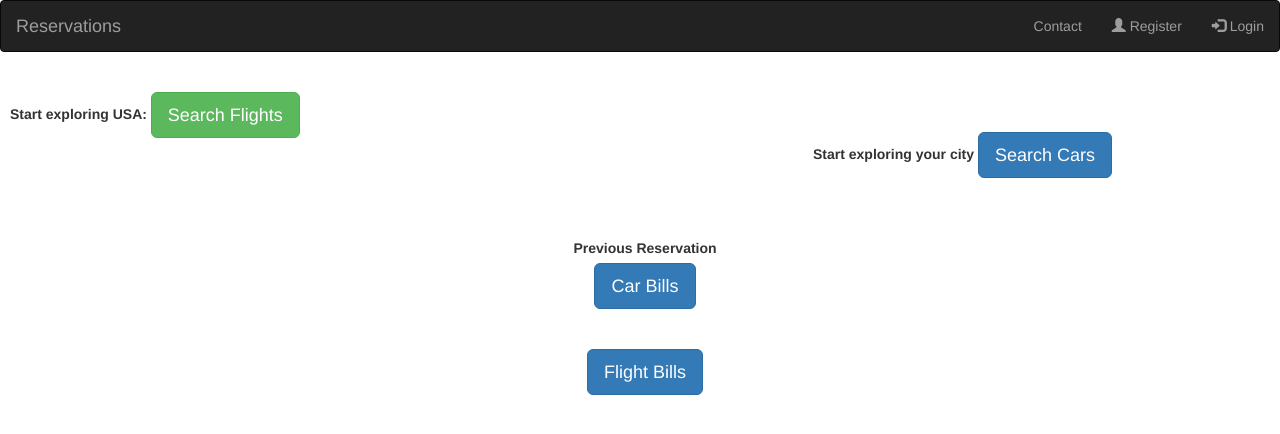
Repository: svnsiva/final-project
Page: http://localhost/flights-car-reservation/WEB-INF/pages/account.jsp
The author's editor kept a copy of each file at every save. The page is drawn from the files as they stood at one save, then again after the next save.
The browser window is 1280 px wide. The pictures show the whole page.
Some web libraries are served in a nearby version. The page is served by Tomcat 9. Nobody is signed in. The template is opened directly, without the code that normally fills it, so the values that code supplies are empty.

Above is the page before, as saved 2017-08-06 00:17:34.

After the next save:
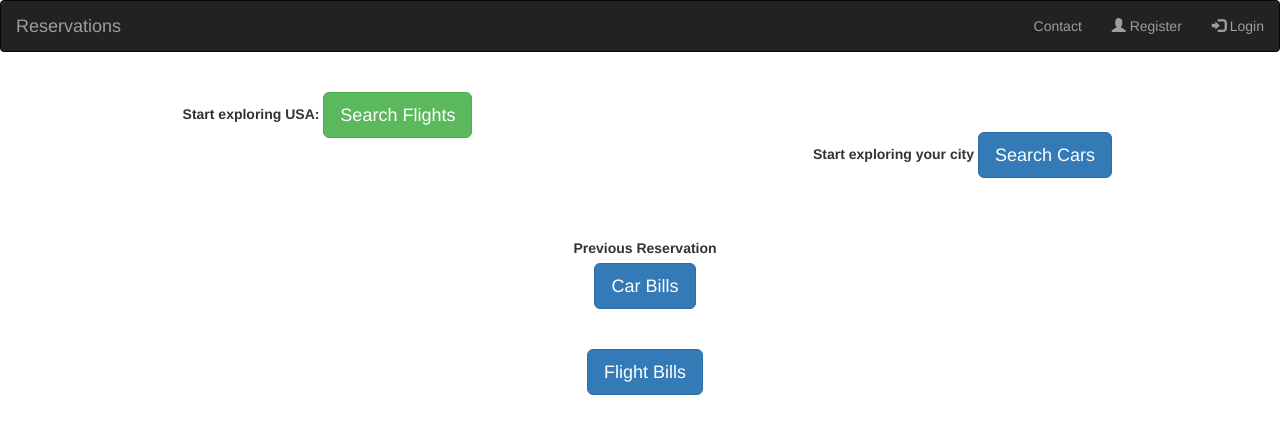
Saved 48 s later.
--- a/flights-car-reservation/src/main/webapp/WEB-INF/pages/account.jsp
+++ b/flights-car-reservation/src/main/webapp/WEB-INF/pages/account.jsp
@@ -51,13 +51,13 @@ float:left;
       <div style="float:left; width:50%;">
 
     <form class="form" action="${pageContext.request.contextPath}/search" method="get">
-   <div class="cen">
+
     <label for="name">Start exploring USA:</label>
 
 	<button type="submit" class="btn btn-success btn-lg">Search Flights</button>
 	</div>
 	</form>
-	</div>
+
 
    <br><br>
    <form class="form" action="${pageContext.request.contextPath}/cars" method="get">
